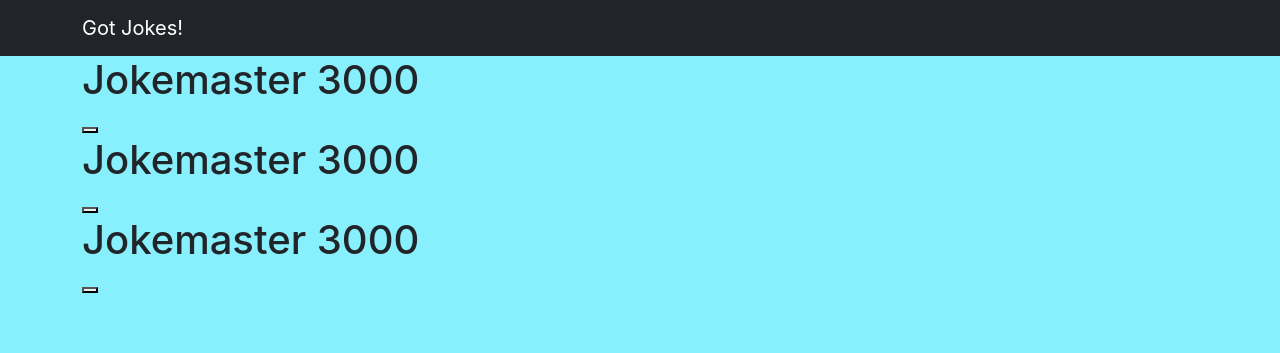
Repository: jontslater/LAB-joke-generator-react
Page: /
The author's editor kept a copy of each file at every save. The page is drawn from the files as they stood at one save, then again after the next save.
The browser window is 1280 px wide. The pictures show the whole page.
The project was rebuilt for these pictures with package versions that can differ from the ones it lists, and the page was loaded fresh each time. The framework's server and built-in components were replaced by stand-ins that run in the browser. Also part of the build but not shown: next.config.js.

Above is the page before, as saved 2024-01-12 15:45:36.

### pages/_app.js
/* eslint-disable react/prop-types */
import 'bootstrap/dist/css/bootstrap.min.css';
import '../styles/globals.css';
import NavBar from '../components/NavBar';

function MyApp({ Component, pageProps }) {
  return (
    <>
      <NavBar />
      <div className="container">
        <Component {...pageProps} />
      </div>
    </>
  );
}

export default MyApp;

### pages/index.js
import React from 'react';
import Jokes from '../components/Jokes';

function Home() {
  return (
    <>
      <Jokes title="1" />
      <Jokes title="2" />
      <Jokes title="3" />
    </>
  );
}

export default Home;

### components/NavBar.js
/* eslint-disable jsx-a11y/anchor-is-valid */
import React from 'react';
import Link from 'next/link';
import {
  Navbar, Container, Nav,
} from 'react-bootstrap';

export default function NavBar() {
  return (
    <Navbar collapseOnSelect expand="lg" bg="dark" variant="dark">
      <Container>
        <Link passHref href="/">
          <Navbar.Brand>Got Jokes!</Navbar.Brand>
        </Link>
        <Navbar.Toggle aria-controls="responsive-navbar-nav" />
        <Navbar.Collapse id="responsive-navbar-nav">
          <Nav className="me-auto">
            {/* CLOSE NAVBAR ON LINK SELECTION: https://stackoverflow.com/questions/72813635/collapse-on-select-react-bootstrap-navbar-with-nextjs-not-working */}
            {/* <Link passHref href="/">
              <Nav.Link>Home</Nav.Link>
            </Link> */}
          </Nav>
        </Navbar.Collapse>
      </Container>
    </Navbar>
  );
}

### components/Jokes.js
import { useState } from 'react';

function Jokes() {
  const [jokes, setJokes] = useState('FirstCard');

  function getJokes() {
    fetch('https://v2.jokeapi.dev/joke/Programming?safe-mode&type=twopart')
      .then((response) => response.json())
      .then((data) => {
        setJokes(data);
      });
  }

  // useEffect(() => {
  // });

  return (
    <>
      <h1>Jokemaster 3000</h1>
      <button type="button"> </button>
    </>
  );
}

export default Jokes;

Loaded but not shown: styles/globals.css (common file)

After the next save:
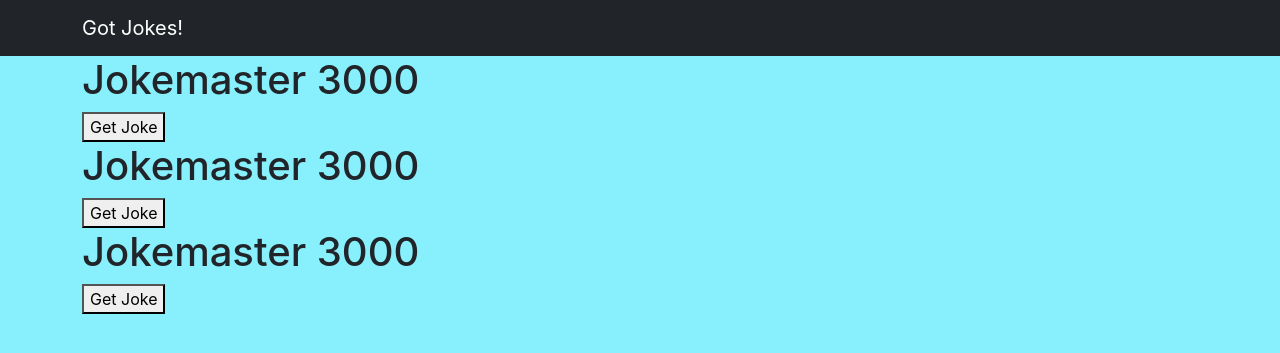
Saved 13 s later.
--- a/components/Jokes.js
+++ b/components/Jokes.js
@@ -17,7 +17,7 @@ function Jokes() {
   return (
     <>
       <h1>Jokemaster 3000</h1>
-      <button type="button"> </button>
+      <button type="button"> Get Joke </button>
     </>
   );
 }
